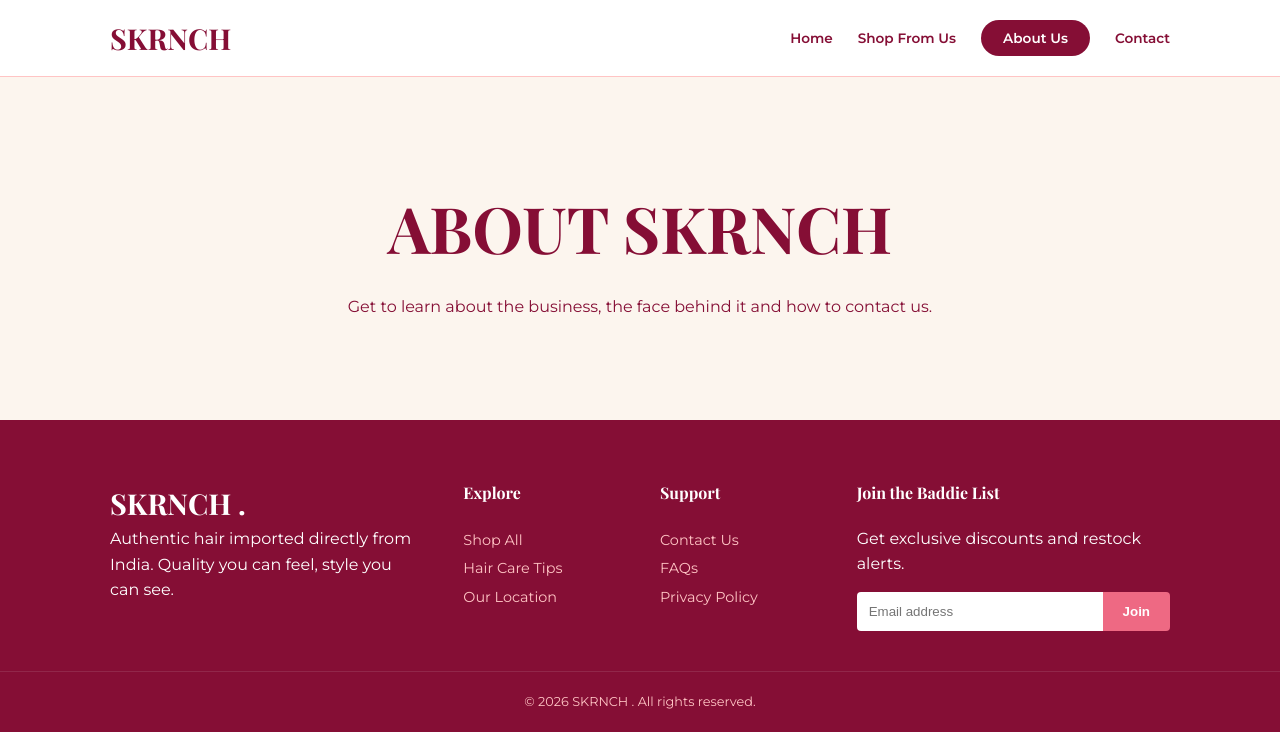
Repository: ndirituart/Portfolio
Page: about.html
These files come from the project's save history. The page is drawn as it stood at one moment and after the next save; the edit follows.
The browser window is 1280 px wide. The pictures show the whole page.
Some web fonts or font styles are not loaded; a fallback is used.

Above is the page before, as saved 2026-02-04 20:41:45.

After the next save:
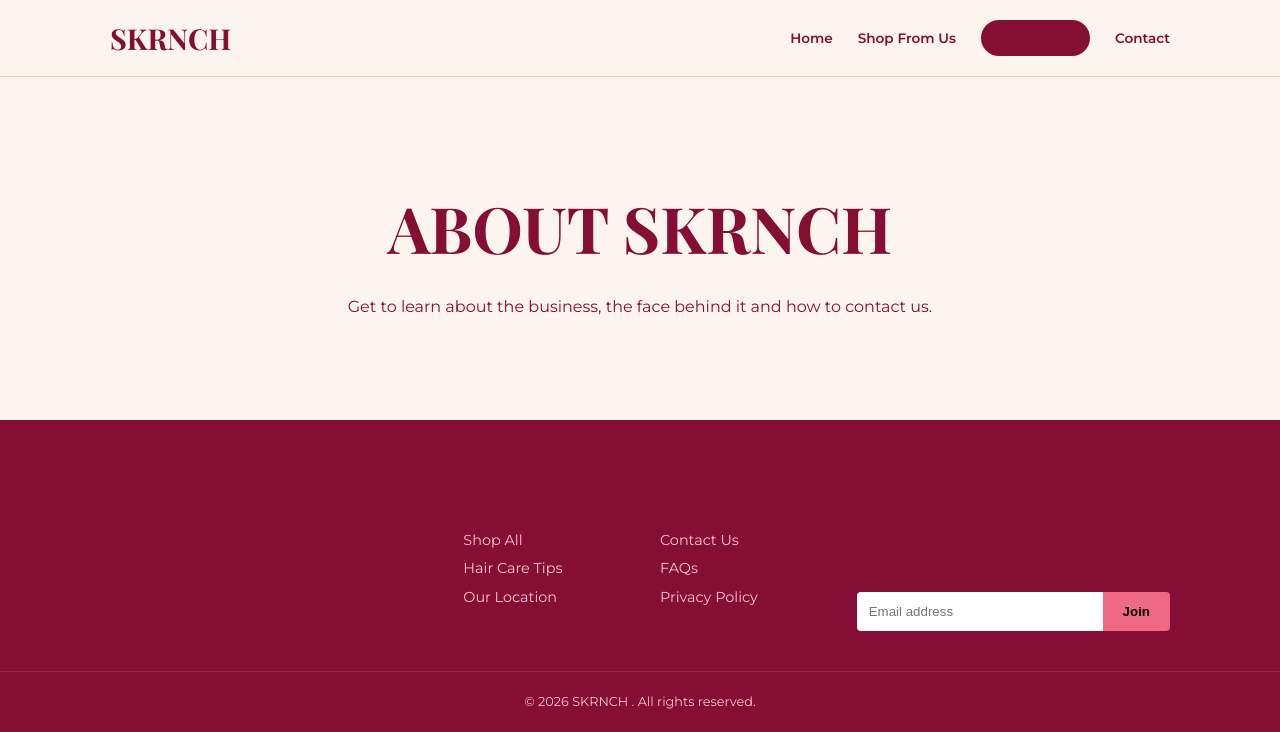
Saved 11 s later.
--- a/about.html
+++ b/about.html
@@ -46,7 +46,7 @@
     <footer class="main-footer">
         <div class="container footer-grid">
             <div class="footer-brand">
-                <div class="logo" style="color: white;">SKRNCH <span>.</span></div>
+                <div class="logo" style="color: cream;">SKRNCH <span>.</span></div>
                 <p>Authentic hair imported directly from India. Quality you can feel, style you can see.</p>
             </div>
             <div class="footer-links">
@@ -117,7 +117,7 @@ body {
 
 /* --- HEADER --- */
 .main-header {
-    background: white;
+    background: cream;
     padding: 15px 0;
     position: sticky;
     top: 0;
@@ -164,7 +164,7 @@ nav ul li a:hover {
 }
 .btn-small {
     background: var(--deep-cocoa);
-    color: white !important;
+    color: cream !important;
     padding: 10px 22px;
     border-radius: 50px;
 }
@@ -192,7 +192,7 @@ nav ul li a:hover {
 .dropdown-content {
     display: none; /* Hide by default */
     position: absolute;
-    background-color: white;
+    background-color: cream;
     min-width: 200px;
     box-shadow: 0px 8px 16px rgba(0,0,0,0.1);
     z-index: 1001;
@@ -261,7 +261,7 @@ video { width: 100%; display: block; }
 /* --- MARQUEE SECTION --- */
 .media-grid {
     padding: 80px 0;
-    background: white;
+    background: cream;
     overflow: hidden;
 }
 
@@ -315,7 +315,7 @@ video { width: 100%; display: block; }
 /* --- FOOTER --- */
 .main-footer {
     background: var(--deep-cocoa);
-    color: white;
+    color: cream;
     padding: 60px 0 20px;
 }
 
@@ -335,7 +335,7 @@ video { width: 100%; display: block; }
 
 .input-group { display: flex; margin-top: 15px; }
 .input-group input { padding: 12px; border-radius: 4px 0 0 4px; border: none; flex: 1; }
-.input-group button { padding: 10px 20px; background: var(--rose); border: none; color: white; border-radius: 0 4px 4px 0; cursor: pointer; font-weight: 600; }
+.input-group button { padding: 10px 20px; background: var(--rose); border: none; color: cream; border-radius: 0 4px 4px 0; cursor: pointer; font-weight: 600; }
 
 .footer-bottom { text-align: center; margin-top: 40px; font-size: 0.8rem; color: var(--sand); border-top: 1px solid rgba(255,255,255,0.1); padding-top: 20px;}
 
